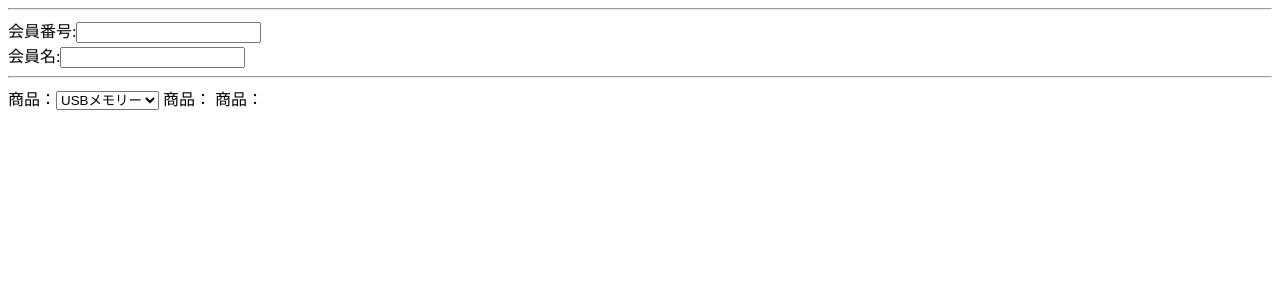
Repository: aiueo20/18ca0155
Page: SSP/kadai0204/WebContent/index.html
An editor plug-in stored every save of this project. The page is shown before and after the next save, followed by the edit.
The browser window is 1280 px wide. The pictures show the whole page.

Above is the page before, as saved 2018-11-26 07:36:39.

### SSP/kadai0204/WebContent/index.html
<!DOCTYPE html>
<html>
<head>
<meta charset="UTF-8">
<title>kadai0204</title>
</head>
<body>
<form action="/kadai0204/BuyServlet" method="get">
<hr>
会員番号:<input type="text" name="kaiinnbangou"><br>
会員名:<input type="text" name="kaiinnmei"><br>
<hr>
商品：<select name="product1">
		<option>USBメモリー</option>
		<option>マウス</option>
	　</select>
商品：
商品：
</form>

</body>
</html>

After the next save:
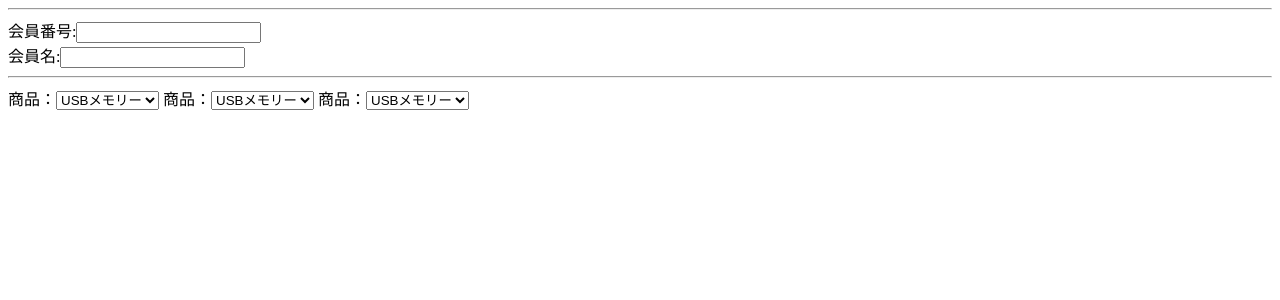
Saved 16 s later.
--- a/SSP/kadai0204/WebContent/index.html
+++ b/SSP/kadai0204/WebContent/index.html
@@ -14,8 +14,14 @@
 		<option>USBメモリー</option>
 		<option>マウス</option>
 	　</select>
-商品：
-商品：
+商品：<select name="product1">
+		<option>USBメモリー</option>
+		<option>マウス</option>
+	　</select>
+商品：<select name="product1">
+		<option>USBメモリー</option>
+		<option>マウス</option>
+	　</select>
 </form>
 
 </body>
